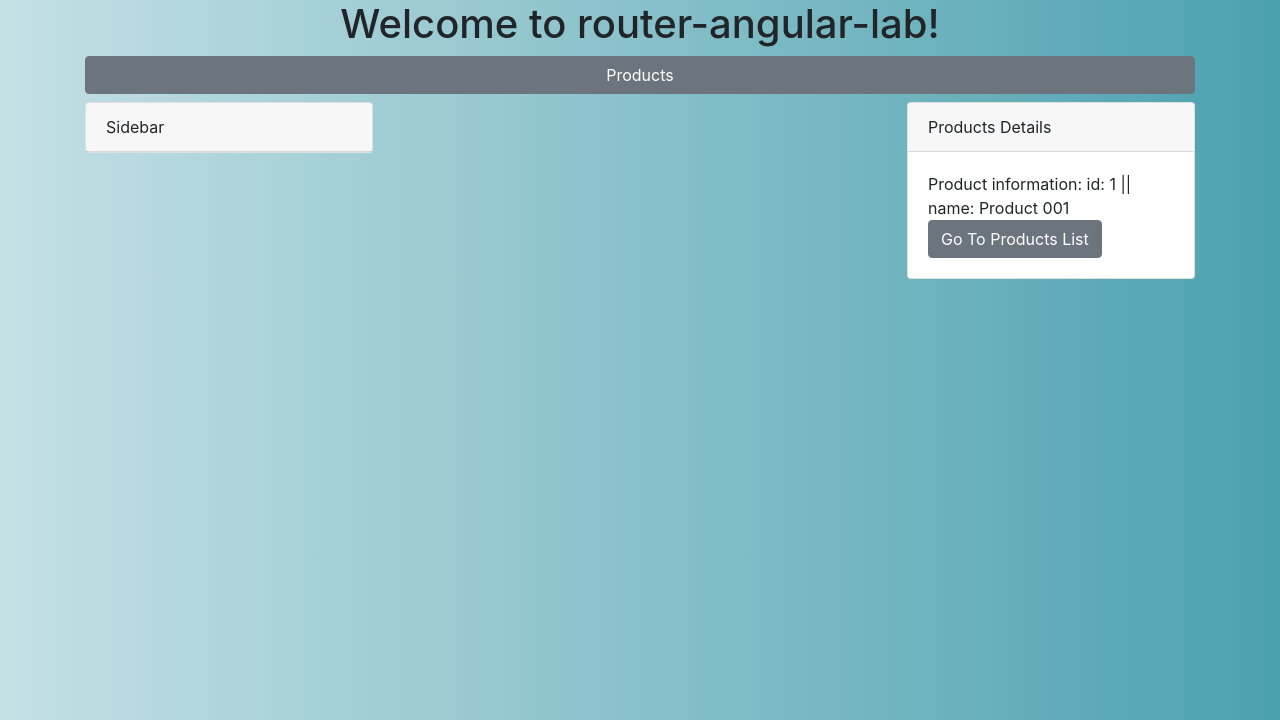
Repository: desalab/router-angular-lab
Page: /product/1
The author's editor kept a copy of each file at every save. The page is drawn from the files as they stood at one save, then again after the next save.
The browser window is 1280 px wide. The pictures show the whole page.
The project was rebuilt for these pictures with package versions that can differ from the ones it lists, and the page was loaded fresh each time. Also part of the build but not shown: angular.json, src/app/product-list/product-list.component.ts, src/app/product-list-sidebar/product-list-sidebar.component.ts, src/app/home/home.component.ts.

Above is the page before, as saved 2018-12-06 01:24:52.

After the next save:
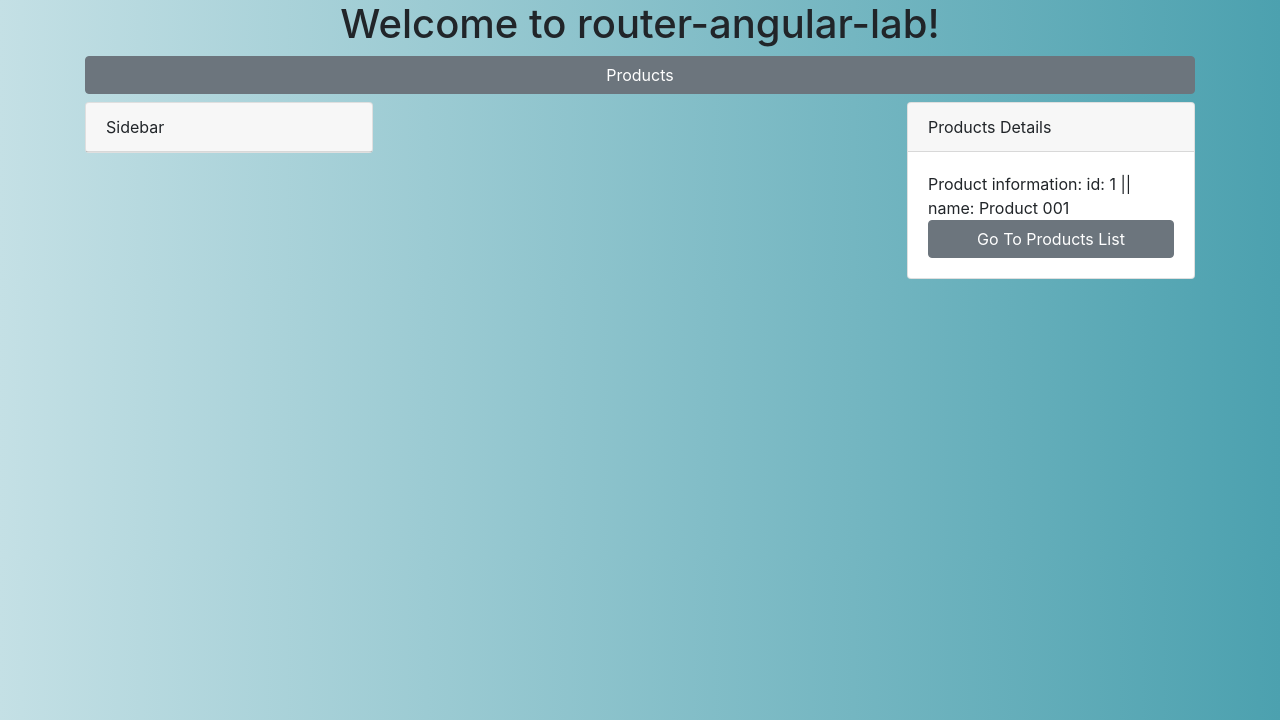
Saved 22 s later.
--- a/src/app/product-detail/product-detail.component.html
+++ b/src/app/product-detail/product-detail.component.html
@@ -4,6 +4,6 @@
   <div class="card-header">Products Details</div>
   <div class="card-body">
     Product information: id: {{ product.id }} || name: {{ product.name }} <br />
-    <a class="btn btn-secondary" routerLink="/products">Go To Products List </a>
+    <a class="btn btn-secondary btn-block" routerLink="/products">Go To Products List </a>
   </div>
 </div>
